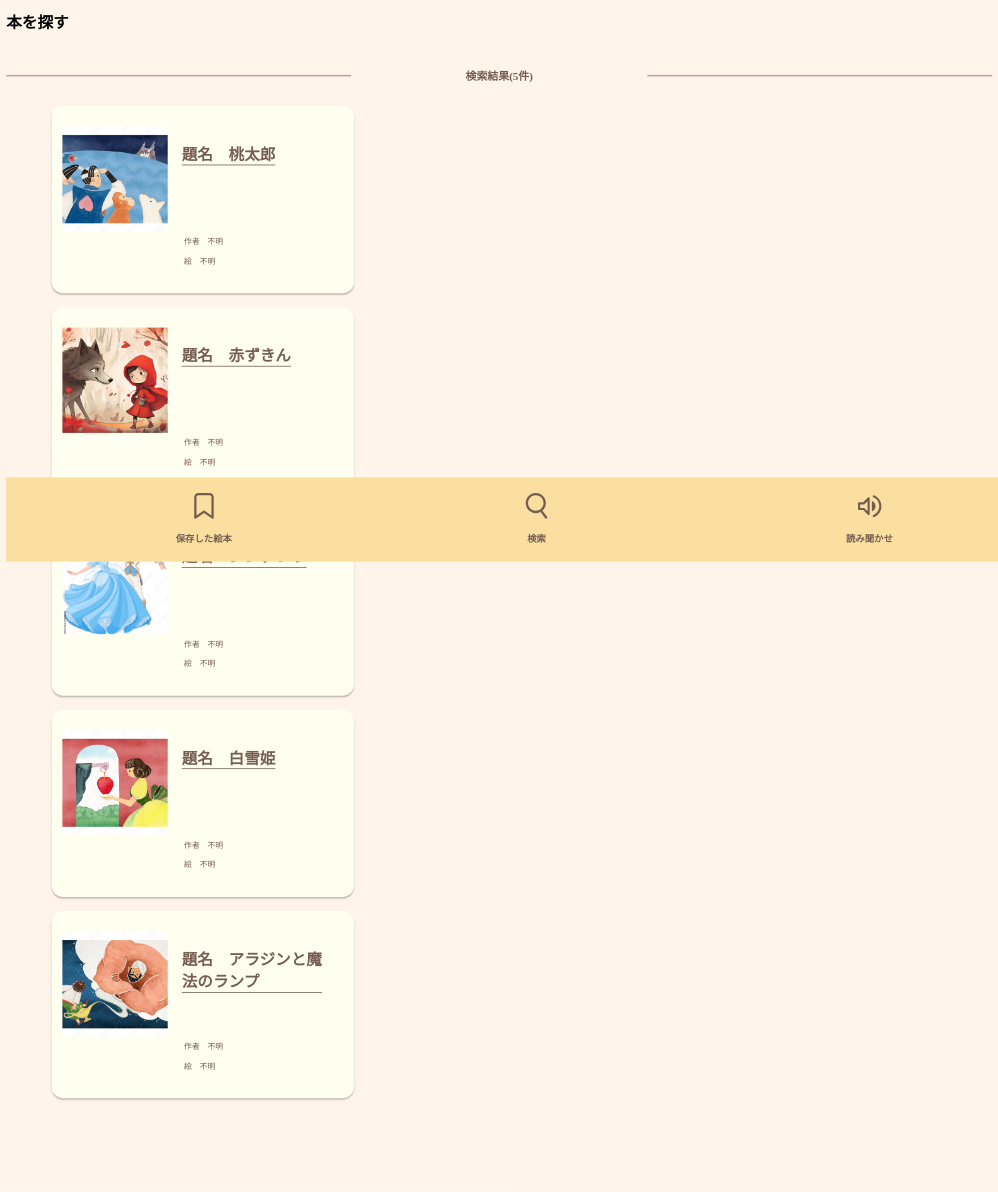
Repository: kmii12/2024-teampj
Page: /result
The author's editor kept a copy of each file at every save. The page is drawn from the files as they stood at one save, then again after the next save.
The browser window is 1280 px wide. The pictures show the whole page, at 78% of full size.
The project was rebuilt for these pictures with package versions that can differ from the ones it lists, and the page was loaded fresh each time. The framework's server and built-in components were replaced by stand-ins that run in the browser. Also part of the build but not shown: next.config.mjs.

Above is the page before, as saved 2024-10-29 22:46:40.

### src/app/result/page.tsx
"use client";

import Link from "next/link";
import styles from "./Result.module.scss";
// import { usePathname } from "next/navigation";

export default function Result() {
  // const pathname = usePathname();

  //ダミーデータ（あとからfirebaseから取得）
  const ResultDatas = [
    {
      id: 1,
      title: "桃太郎",
      writer: "不明",
      illustrator: "不明",
      image: "/img/momotaro.jpeg",
      livingThing: ["人間", "陸の生き物", "空の生き物"],
      mainCharacter: "桃太郎",
      character: [
        "桃太郎",
        "犬",
        "猿",
        "キジ",
        "鬼",
        "おじいさん",
        "おばあさん",
      ],
      genre: "昔話",
      location: "日本",
      hue: "不明",
      atmosphere: "",
      season: "不明",
    },
    {
      id: 2,
      title: "赤ずきん",
      writer: "不明",
      illustrator: "不明",
      image: "/img/littleRedRidingHood.jpeg",
      livingThing: ["人間", "陸の生き物", "空の生き物"],
      mainCharacter: "赤ずきん",
      character: ["赤ずきん", "おばあさん", "オオカミ"],
      hue: "不明",
      atmosphere: ["かわいい", "怖い"],
      genre: "昔話",
      location: "海外",
      season: "不明",
    },
    {
      id: 3,
      title: "シンデレラ",
      writer: "不明",
      illustrator: "不明",
      image: "/img/cinderella.jpeg",
      livingThing: "人間",
      mainCharacter: "シンデレラ",
      character: ["シンデレラ", "王子", "魔法使い"],
      genre: "昔話",
      location: "海外",
      hue: "不明",
      atmosphere: "",
      season: "不明",
    },
    {
      id: 4,
      title: "白雪姫",
      writer: "不明",
      illustrator: "不明",
      image: "/img/snowWhite.jpeg",
      livingThing: ["人間", "陸の生き物"],
      mainCharacter: "白雪姫",
      character: ["白雪姫", "王子", "魔女", "小人"],
      genre: "昔話",
      location: "海外",
      hue: "不明",
      atmosphere: "",
      season: "不明",
    },
    {
      id: 5,
      title: "アラジンと魔法のランプ",
      writer: "不明",
      illustrator: "不明",
      image: "/img/aladdin.jpeg",
      livingThing: ["人間", "陸の生き物"],
      mainCharacter: "アラジン",
      character: ["アラジン", "ジーニー", "王女", "魔法使い", "盗賊"],
      genre: "昔話",
      location: "海外",
      hue: "不明",
      atmosphere: "",
      season: "不明",
    },
  ];
  return (
    <>
      <h1>本を探す</h1>

      <div className={styles.resultContainer}>
        <h2>検索結果({ResultDatas.length}件)</h2>
        <ul className={styles.resultList}>
          <div className={styles.resultItemWrap}>
            {ResultDatas.map((result) => (
              <li key={result.id} className={styles.resultItem}>
                <Link href={`/result/resultDetail/${result.id}`}>
                  <div className={styles.resultItemWrap}>
                    <div className={styles.itemImageWrap}>
                      <img
                        src={result.image}
                        alt={result.title}
                        className={styles.image}
                      />
                    </div>
                    <div className={styles.itemDescriptionWrap}>
                      <h3 className="title">題名　{result.title}</h3>
                      <div className={styles.fixedBottom}>
                        <p className="writer">作者　{result.writer}</p>
                        <p className="illustrator">絵　{result.illustrator}</p>
                      </div>
                    </div>
                  </div>
                </Link>
              </li>
            ))}
          </div>
        </ul>
      </div>
    </>
  );
}

### src/app/globals.css
html {
  font-size: 62.5%;
}

body {
  font-family: "Zen Maru Gothic", serif;
  background-color: #fff4ea;
}

a {
  color: inherit;
  text-decoration: none;
}

li {
  list-style-type: none;
}

### src/app/components/Footer.tsx
"use client";

import Link from "next/link";
import styles from "./Footer.module.scss";
import { usePathname } from "next/navigation";

export default function Footer() {
  const pathname = usePathname();

  return (
    <footer className={styles.footer}>
      <nav>
        <ul>
          <li>
            <Link
              href="/saved"
              className={pathname === "/saved" ? styles.active : ""}
            >
              <svg
                xmlns="http://www.w3.org/2000/svg"
                width="40"
                height="40"
                viewBox="0 0 40 40"
                fill="none"
              >
                <path
                  d="M31.5577 36C31.2643 35.9944 30.9782 35.9096 30.7308 35.7549L20.5 28.7589L10.2692 35.7549C10.0433 35.8898 9.78379 35.9611 9.51923 35.9611C9.25467 35.9611 8.99521 35.8898 8.76923 35.7549C8.54791 35.643 8.3604 35.4762 8.22542 35.271C8.09043 35.0658 8.01271 34.8295 8 34.5857V8.18571C8 6.81038 8.55718 5.49137 9.54895 4.51886C10.5407 3.54635 11.8859 3 13.2885 3H27.7115C29.1141 3 30.4593 3.54635 31.451 4.51886C32.4428 5.49137 33 6.81038 33 8.18571V34.5857C33.001 34.8425 32.9297 35.0945 32.7939 35.3141C32.6582 35.5337 32.4633 35.7123 32.2308 35.8303C32.0245 35.9413 31.793 35.9996 31.5577 36ZM20.5 25.6286C20.7947 25.6255 21.0833 25.7111 21.3269 25.8737L30.1154 31.8703V8.18571C30.1154 7.56056 29.8621 6.96101 29.4113 6.51896C28.9605 6.07691 28.3491 5.82857 27.7115 5.82857H13.2885C12.6509 5.82857 12.0395 6.07691 11.5887 6.51896C11.1379 6.96101 10.8846 7.56056 10.8846 8.18571V31.8703L19.6731 25.8737C19.9167 25.7111 20.2053 25.6255 20.5 25.6286Z"
                  fill={pathname === "/saved" ? "#c96868" : "#755D52"}
                />
              </svg>
              <p
                style={{
                  color: pathname === "/saved" ? "#c96868" : "#755D52",
                }}
              >
                保存した絵本
              </p>
            </Link>
          </li>
          <li>
            <Link href="/" className={pathname === "/" ? styles.active : ""}>
              <svg
                xmlns="http://www.w3.org/2000/svg"
                width="40"
                height="40"
                viewBox="0 0 40 40"
                fill="none"
              >
                <path
                  fillRule="evenodd"
                  clipRule="evenodd"
                  d="M18.9346 25.8692C24.4214 25.8692 28.8692 21.4214 28.8692 15.9346C28.8692 10.4479 24.4214 6 18.9346 6C13.4479 6 9 10.4479 9 15.9346C9 21.4214 13.4479 25.8692 18.9346 25.8692ZM18.9346 28.8692C26.0782 28.8692 31.8692 23.0782 31.8692 15.9346C31.8692 8.79103 26.0782 3 18.9346 3C11.791 3 6 8.79103 6 15.9346C6 23.0782 11.791 28.8692 18.9346 28.8692Z"
                  fill={pathname === "/" ? "#c96868" : "#755D52"}
                />
                <path
                  fillRule="evenodd"
                  clipRule="evenodd"
                  d="M33.0447 35.7533C32.3807 36.2486 31.4408 36.1119 30.9455 35.4479L25.0052 27.4848C24.5099 26.8208 24.6466 25.881 25.3106 25.3856C25.9746 24.8903 26.9145 25.027 27.4098 25.691L33.3501 33.6541C33.8455 34.3181 33.7087 35.2579 33.0447 35.7533Z"
                  fill={pathname === "/" ? "#c96868" : "#755D52"}
                />
              </svg>
              <p
                style={{
                  color: pathname === "/" ? "#c96868" : "#755D52",
                }}
              >
                検索
              </p>
            </Link>
          </li>
          <li>
            <Link
              href="/read"
              className={pathname === "/read" ? styles.active : ""}
            >
              <svg
                xmlns="http://www.w3.org/2000/svg"
                width="40"
                height="40"
                viewBox="0 0 40 40"
                fill="none"
              >
                <path
                  d="M32.2221 19.8994C32.2221 17.3902 31.5324 15.124 30.1529 13.1006C28.7732 11.0776 26.9538 9.59382 24.6946 8.64937C24.3335 8.49187 24.0742 8.24423 23.9167 7.90646C23.7592 7.5684 23.7499 7.22812 23.8888 6.88562C24.0371 6.51507 24.2987 6.25576 24.6737 6.10771C25.0487 5.95965 25.4307 5.96424 25.8196 6.12146C28.5879 7.27896 30.8101 9.10076 32.4862 11.5869C34.1621 14.073 35 16.8438 35 19.8994C35 22.9549 34.1621 25.7258 32.4862 28.2119C30.8101 30.698 28.5879 32.5198 25.8196 33.6773C25.4307 33.8345 25.0487 33.8391 24.6737 33.691C24.2987 33.543 24.0371 33.2837 23.8888 32.9131C23.7499 32.5706 23.7592 32.2303 23.9167 31.8923C24.0742 31.5545 24.3335 31.3069 24.6946 31.1494C26.9538 30.2049 28.7732 28.7212 30.1529 26.6981C31.5324 24.6748 32.2221 22.4085 32.2221 19.8994ZM11.6667 24.941H6.38875C5.99069 24.941 5.65972 24.8091 5.39583 24.5452C5.13194 24.2813 5 23.9503 5 23.5523V16.3298C5 15.9317 5.13194 15.6008 5.39583 15.3369C5.65972 15.073 5.99069 14.941 6.38875 14.941H11.6667L17.6388 8.96896C18.074 8.53368 18.5764 8.4341 19.1458 8.67021C19.7153 8.90632 20 9.33451 20 9.95479V29.9273C20 30.5476 19.7153 30.9758 19.1458 31.2119C18.5764 31.448 18.074 31.3484 17.6388 30.9131L11.6667 24.941ZM27.5 19.941C27.5 21.293 27.1713 22.5315 26.5138 23.6565C25.8565 24.7815 24.9492 25.6587 23.7917 26.2881C23.5508 26.4178 23.3217 26.4109 23.1042 26.2673C22.8867 26.124 22.7779 25.9226 22.7779 25.6631V14.1631C22.7779 13.904 22.8867 13.7026 23.1042 13.559C23.3217 13.4156 23.5508 13.4087 23.7917 13.5381C24.9492 14.177 25.8565 15.0706 26.5138 16.219C27.1713 17.367 27.5 18.6077 27.5 19.941ZM17.2221 13.5244L12.8887 17.719H7.77792V22.1631H12.8887L17.2221 26.3856V13.5244Z"
                  fill={pathname === "/read" ? "#c96868" : "#755D52"}
                />
              </svg>
              <p
                style={{
                  color: pathname === "/read" ? "#c96868" : "#755D52",
                }}
              >
                読み聞かせ
              </p>
            </Link>
          </li>
        </ul>
      </nav>
    </footer>
  );
}

### src/app/result/Result.module.scss
@import "../styles/variables.scss";

.resultContainer {
  color: $text;
  margin: 44px 0 120px 0; //resultPage全ての上下の余白
  // border: 1px solid #000;

  h2 {
    //検索結果
    position: relative;
    text-align: center;
    font-size: 1.4em;
    margin-bottom: 30px;
    &::before,
    &::after {
      content: "";
      position: absolute;
      top: 50%;
      width: 35%;
      height: 1.5px;
      background-color: #b9a6a6;
    }
    &::before {
      left: 0;
    }
    &::after {
      right: 0;
    }
  }
  h3 {
    //本の題名
    font-size: 2em;
    border-bottom: 1.5px solid $text;
    width: fit-content;
  }

  .resultItem {
    //li
    padding: 26px 14px;
    margin: 18px;
    width: 360px;
    height: 188px;
    background-color: ivory;
    border-radius: 15px;
    box-shadow: 0px 2px 2px rgba($color: #000000, $alpha: 0.25);
    position: relative;

    .resultItemWrap {
      //Flexで画像と説明を横並びにするためのWrap
      display: flex;
      gap: 18px;
    }
    .itemImageWrap {
      width: 135px;
      height: 135px;
      display: flex;
      // align-items: center;
      // justify-content: center;

      .image {
        width: 100%;
        height: auto;

        object-fit: cover;
      }
    }
    .itemDescriptionWrap {
      width: 180px;
      .fixedBottom {
        position: absolute;
        bottom: 25px;
        left: 170px;
      }
    }
  }
}

### src/app/components/Footer.module.scss
@import "../styles/variables.scss";

.footer {
  width: 100%;
  height: 14dvh;
  padding-top: 1dvh;
  background-color: $main;
  position: fixed;
  bottom: 0;
  nav {
    width: inherit;
    height: inherit;
    ul {
      width: inherit;
      height: auto;
      display: flex;
      justify-content: space-around;
      align-items: center;
      li {
        width: calc(100% / 3);
        a {
          display: flex;
          flex-direction: column;
          justify-content: center;
          align-items: center;
          p {
            font-weight: 700;
            font-size: 1.2rem;
          }
        }
      }
    }
  }
}

### src/app/styles/variables.scss
// sassでカラーを使用するとき用

// 使用するファイルで最初に下記を記述
// コンポーネント用 → @import "../styles/variables.scss";
// ページ用 → @import "./styles/variables.scss";

$base: #fff4ea;
$main: #fadfa1;
$sub: #c96868;
$accent: #7eacb5;
$text: #755d52;
$main_pale: #fbe8bb;

Loaded but not shown: src/app/layout.tsx (common file)

After the next save:
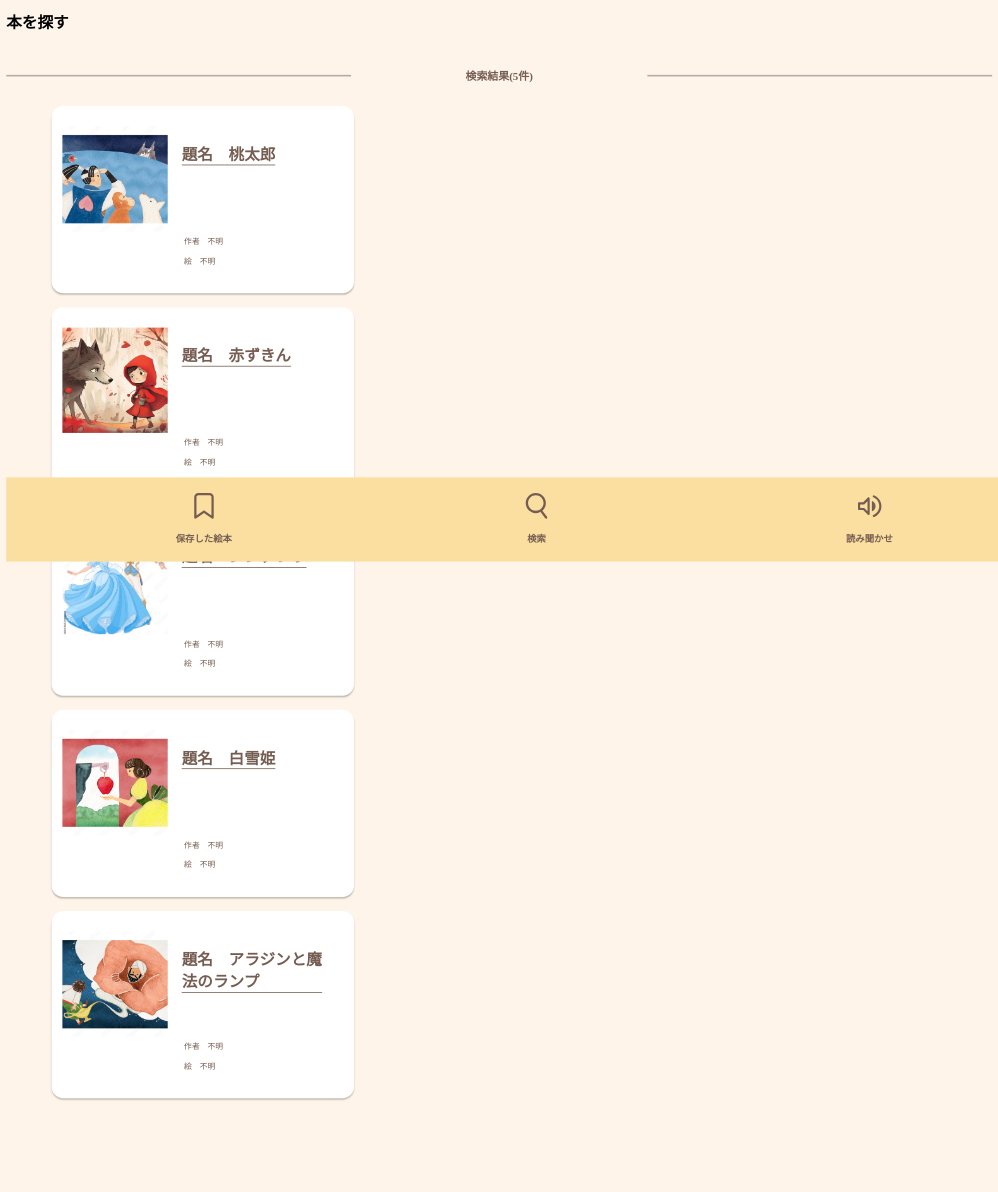
Saved 14 s later.
--- a/src/app/result/Result.module.scss
+++ b/src/app/result/Result.module.scss
@@ -40,7 +40,7 @@
     margin: 18px;
     width: 360px;
     height: 188px;
-    background-color: ivory;
+    background-color: #fff;
     border-radius: 15px;
     box-shadow: 0px 2px 2px rgba($color: #000000, $alpha: 0.25);
     position: relative;
